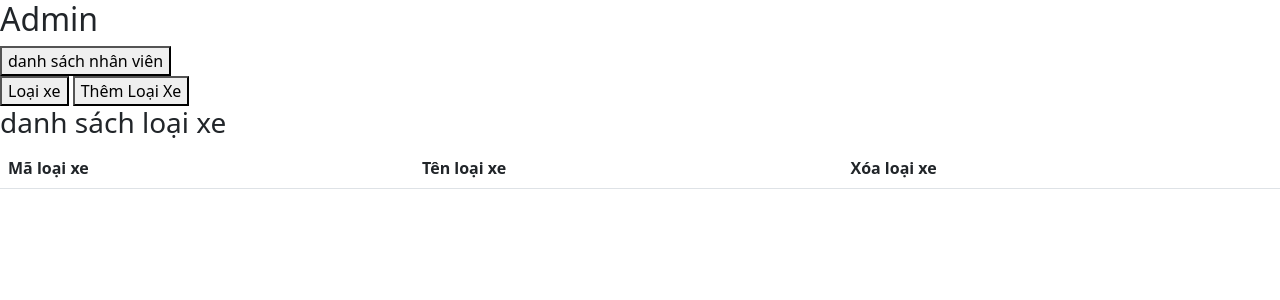
Repository: QuanghuyK1/CNPM
Page: http://localhost/CNPM/WEB-INF/views/LoaiXe/danhsach.jsp
An editor plug-in stored every save of this project. The page is shown before and after the next save, followed by the edit.
The browser window is 1280 px wide. The pictures show the whole page.
The page is served by Tomcat 9. Nobody is signed in. Other server files are loaded and not shown. The template is opened directly, without the code that normally fills it, so the values that code supplies are empty.

Above is the page before, as saved 2022-04-22 16:27:39.

### CNPM-main/WebXeKhach/CNPM/src/main/webapp/WEB-INF/views/LoaiXe/danhsach.jsp
<%@ page language="java" contentType="text/html; charset=utf-8"
    pageEncoding="utf-8"%>
<%@ taglib uri="http://java.sun.com/jsp/jstl/core" prefix="c"%>
<!DOCTYPE html>
<html>
<head>
<meta charset="utf-8">
<title>Insert title here</title>
<link
	href="https://cdn.jsdelivr.net/npm/bootstrap@5.1.3/dist/css/bootstrap.min.css"
	rel="stylesheet"
	integrity="sha384-1BmE4kWBq78iYhFldvKuhfTAU6auU8tT94WrHftjDbrCEXSU1oBoqyl2QvZ6jIW3"
	crossorigin="anonymous">
</head>
<body>
	<h2>Admin</h2>
	<form action = "danhsach.htm"><button>danh sách nhân viên</button></form>
	<form action = "loaixe.htm"><button>Loại xe</button></a>
	<form action = "loaixe.htm?Insert"><button name = "Insert">Thêm Loại Xe</button></form>
	<h3>danh sách loại xe</h3>
	<table class="table">
	<thead>
			<tr>
				<th scope="col">Mã loại xe</th>
				<th scope="col">Tên loại xe</th>
				<th scope="col">Xóa loại xe</th>
			</tr>
		</thead>
		<tbody>
			<c:forEach items="${list}" var="i">
				<c:if test="${i.trangthai == true }">
					<tr>
						<th><a href="loaixe/${i.maLX}.htm">${i.maLX }</a></th>
						<th>${i.tenLX}</th>
						<th>
							<form action="loaixe/${i.maLX}.htm"><button name = "delLX">Xóa </button></form>
						</th>
					</tr>
				</c:if>
			</c:forEach>
		</tbody>
	</table>
</body>
</html>

After the next save:
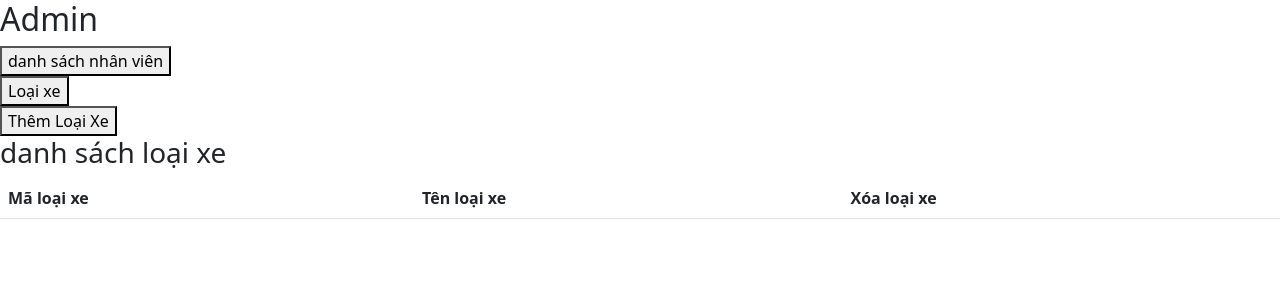
Saved 6 s later.
--- a/CNPM-main/WebXeKhach/CNPM/src/main/webapp/WEB-INF/views/LoaiXe/danhsach.jsp
+++ b/CNPM-main/WebXeKhach/CNPM/src/main/webapp/WEB-INF/views/LoaiXe/danhsach.jsp
@@ -15,7 +15,7 @@
 <body>
 	<h2>Admin</h2>
 	<form action = "danhsach.htm"><button>danh sách nhân viên</button></form>
-	<form action = "loaixe.htm"><button>Loại xe</button></a>
+	<form action = "loaixe.htm"><button>Loại xe</button></form>
 	<form action = "loaixe.htm?Insert"><button name = "Insert">Thêm Loại Xe</button></form>
 	<h3>danh sách loại xe</h3>
 	<table class="table">
